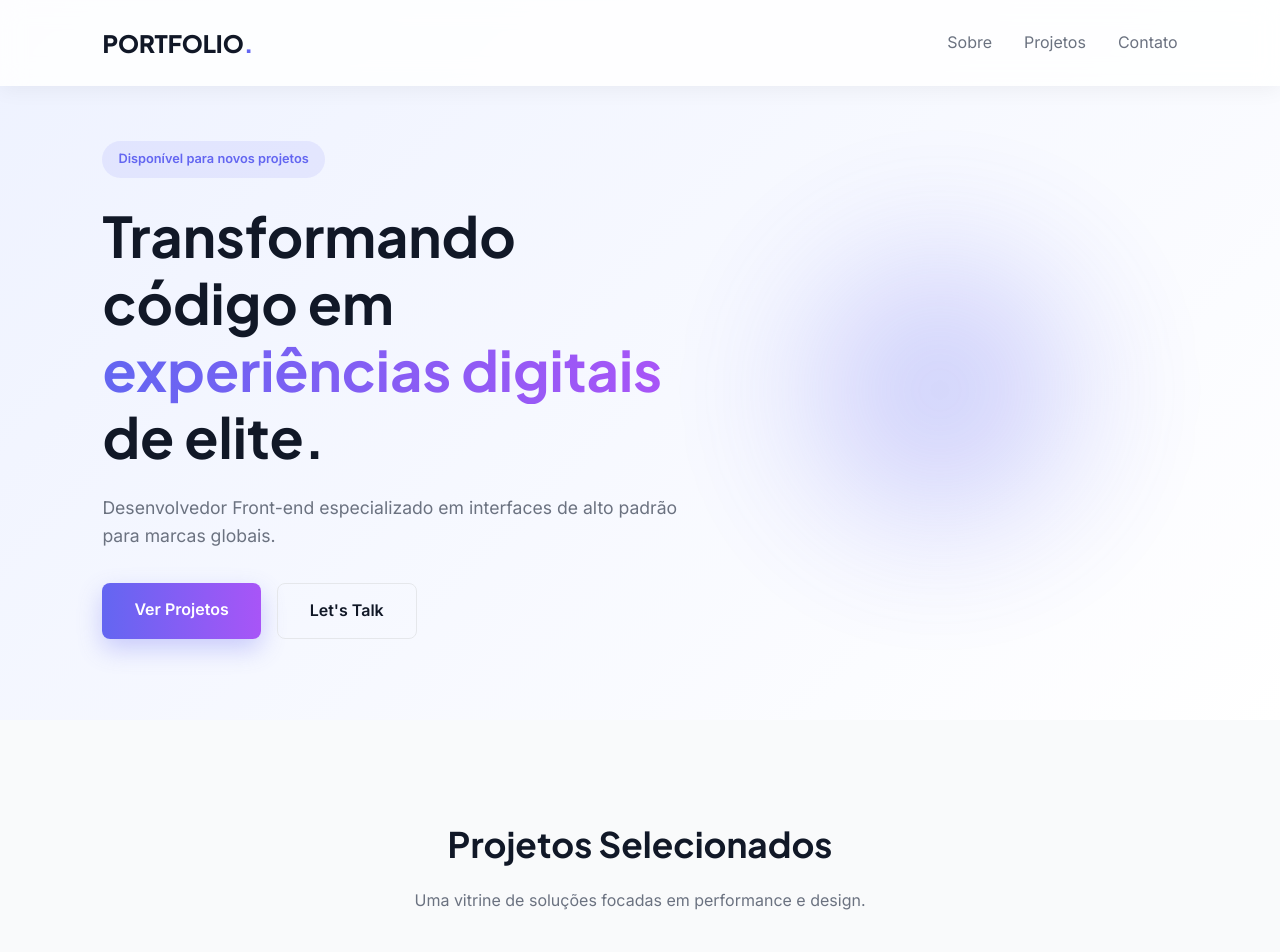
Repository: davidfsillva/David_Ferreira
Page: index.html
The author's editor kept a copy of each file at every save. The page is drawn from the files as they stood at one save, then again after the next save.
The browser window is 1280 px wide. The pictures show the part of the page from y = 0 to 952 px (the page is 2385 px tall).

Above is the page before, as saved 2026-02-11 10:46:13.

### index.html
<!DOCTYPE html>
<html lang="pt-BR">
<head>
    <meta charset="UTF-8">
    <meta name="viewport" content="width=device-width, initial-scale=1.0">

    <title>David Ferreira | Desenvolvedor Front-end & UI Designer Premium</title>

    <!-- SEO Primário -->
    <meta name="description" content="David Ferreira é desenvolvedor front-end especializado em interfaces premium, landing pages de alta conversão e experiências digitais modernas.">
    <meta name="keywords" content="Desenvolvedor Front-end, Web Designer, UI Designer, Landing Page, Desenvolvimento Web, Freelancer Brasil">
    <meta name="author" content="David Ferreira">
    <meta name="robots" content="index, follow">
    <link rel="canonical" href="https://seudominio.com/">

    <!-- Open Graph (Facebook, LinkedIn) -->
    <meta property="og:title" content="David Ferreira | Desenvolvedor Front-end Premium">
    <meta property="og:description" content="Interfaces digitais de alto padrão, focadas em performance e conversão.">
    <meta property="og:image" content="https://seudominio.com/preview.jpg">
    <meta property="og:url" content="https://seudominio.com/">
    <meta property="og:type" content="website">

    <!-- Twitter Card -->
    <meta name="twitter:card" content="summary_large_image">
    <meta name="twitter:title" content="David Ferreira | Web Developer">
    <meta name="twitter:description" content="Desenvolvimento web premium focado em performance e design moderno.">
    <meta name="twitter:image" content="https://seudominio.com/preview.jpg">

    <!-- Favicon -->
    <link rel="icon" href="favicon.ico" type="image/x-icon">

    <!-- Fonts -->
    <link href="https://fonts.googleapis.com/css2?family=Inter:wght@300;400;600&family=Plus+Jakarta+Sans:wght@700;800&display=swap" rel="stylesheet">

    <link rel="stylesheet" href="style.css">
</head>


<body>

    <!-- NAVBAR -->
    <nav class="navbar">
        <div class="logo">PORTFOLIO<span>.</span></div>
        <ul class="nav-links">
            <li><a href="#about">Sobre</a></li>
            <li><a href="#portfolio">Projetos</a></li>
            <li><a href="#contact" class="btn-sm">Contato</a></li>
        </ul>
    </nav>

    <!-- HERO -->
    <section class="hero">
        <div class="hero-content">
            <span class="badge">Disponível para novos projetos</span>

            <h1>
                Transformando código em
                <span>experiências digitais</span> de elite.
            </h1>

            <p>
                Desenvolvedor Front-end especializado em interfaces de alto padrão para marcas globais.
            </p>

            <div class="hero-btns">
                <a href="#portfolio" class="btn-primary">Ver Projetos</a>
                <a href="#contact" class="btn-secondary">Let's Talk</a>
            </div>
        </div>

        <!-- Visual direito -->
        <div class="hero-visual">
            <div class="hero-glow"></div>
        </div>
    </section>

    <!-- PORTFÓLIO -->
    <section id="portfolio" class="portfolio">
        <div class="section-header">
            <h2>Projetos Selecionados</h2>
            <p>Uma vitrine de soluções focadas em performance e design.</p>
        </div>

        <div class="portfolio-grid">

            <!-- Projeto 1 -->
            <a href="https://davidfsillva.github.io/Alex-Carter/" target="_blank" class="project-link">
                <div class="project-card">
                    <div class="card-image">
                        <img src="img/alex.png"
                            alt="Crypto Dashboard">
                        <div class="card-overlay">
                            <span>Ver Detalhes</span>
                        </div>
                    </div>
                    <div class="card-info">
                        <h3>Alex Carter | Professional Athlete Landing Page</h3>
                        <p>Developed a high-impact personal branding website for a professional athlete.</p>
                    </div>
                </div>
            </a>

            <!-- Projeto 2 -->
            <a href="https://davidfsillva.github.io/e-hammershark/" target="_blank" class="project-link">
                <div class="project-card">
                    <div class="card-image">
                        <img src="img/ecomerce.png"
                            alt="Crypto Dashboard">
                        <div class="card-overlay">
                            <span>Ver Detalhes</span>
                        </div>
                    </div>
                    <div class="card-info">
                        <h3>Hammershark | Fitness Apparel E-commerce</h3>
                        <p>Strategic e-commerce website combining branding, product presentation and seamless shopping experience.</p>
                    </div>
                </div>
            </a>

            <!-- Projeto 3 -->
            <a href="https://davidfsillva.github.io/landing-page/" target="_blank" class="project-link">
                <div class="project-card">
                    <div class="card-image">
                        <img src="img/landingpage.png"
                            alt="Crypto Dashboard">
                        <div class="card-overlay">
                            <span>Ver Detalhes</span>
                        </div>
                    </div>
                    <div class="card-info">
                        <h3>Lucas Andrade — Lead Generation Landing Page</h3>
                        <p>Strategic personal trainer website built to attract and convert local clients.</p>
                    </div>
                </div>
            </a>

            <!-- Projeto 4 -->
            <a href="https://davidfsillva.github.io/beatriz-almeida-adv/" target="_blank" class="project-link">
                <div class="project-card">
                    <div class="card-image">
                        <img src="img/adv.png"
                            alt="Crypto Dashboard">
                        <div class="card-overlay">
                            <span>Ver Detalhes</span>
                        </div>
                    </div>
                    <div class="card-info">
                        <h3>Beatriz Almeida Advogados — Institutional Website</h3>
                        <p>Institutional website designed to convey authority, trust and strategic positioning.</p>
                    </div>
                </div>
            </a>


        </div>
    </section>

    <!-- MODAL -->
    <div class="modal-overlay" id="modalOverlay">
        <div class="modal-content">
            <button class="close-modal">&times;</button>

            <div class="modal-body">
                <div class="modal-img" id="modalImg"></div>

                <div class="modal-text">
                    <h2 id="modalTitle">Nome do Projeto</h2>
                    <p id="modalDesc">Descrição detalhada aqui...</p>

                    <div class="tech-tags" id="modalTech"></div>

                    <div class="modal-actions">
                        <a href="#" class="btn-primary">Visitar Website</a>
                        <a href="https://wa.me/5599999999999" target="_blank" class="btn-secondary">
                            Solicitar Similar
                        </a>
                    </div>
                </div>
            </div>
        </div>
    </div>

    <!-- CTA -->
    <section id="contact" class="cta-section">
        <h2>Pronto para elevar seu nível digital?</h2>
        <p>Estou pronto para transformar sua ideia em uma interface de classe mundial.</p>

        <a href="https://wa.me/5599999999999" target="_blank" class="btn-whatsapp">
            Iniciar Conversa no WhatsApp
        </a>
    </section>

    <!-- FOOTER -->
    <footer>
        <div class="footer-content">
            <p>&copy; 2026 Developer Premium. Todos os direitos reservados.</p>

            <div class="social-links">
                <a href="#" target="_blank">Instagram</a>
                <a href="#" target="_blank">LinkedIn</a>
                <a href="#" target="_blank">GitHub</a>
            </div>
        </div>
    </footer>

    <!-- JS -->
    <script src="scripts.js"></script>

</body>
</html>

### style.css
:root {
  --primary: #6366f1;
  --primary-light: #818cf8;
  --accent: #a855f7;
  --text-dark: #111827;
  --text-light: #6b7280;
  --bg-light: #f9fafb;
  --white: #ffffff;
  --transition: all 0.3s ease;
}

/* RESET */
* {
  margin: 0;
  padding: 0;
  box-sizing: border-box;
}

html {
  scroll-behavior: smooth;
}

body {
  font-family: 'Inter', sans-serif;
  background: var(--bg-light);
  color: var(--text-dark);
  line-height: 1.6;
  animation: fadePage 0.8s ease-in-out;
}

@keyframes fadePage {
  from { opacity: 0; transform: translateY(10px); }
  to { opacity: 1; transform: translateY(0); }
}

/* NAVBAR */
.navbar {
  position: fixed;
  width: 100%;
  top: 0;
  padding: 1.5rem 8%;
  display: flex;
  justify-content: space-between;
  align-items: center;
  background: rgba(255,255,255,0.85);
  backdrop-filter: blur(12px);
  box-shadow: 0 4px 20px rgba(0,0,0,0.05);
  z-index: 1000;
  transition: var(--transition);
}

.logo {
  font-family: 'Plus Jakarta Sans', sans-serif;
  font-weight: 800;
  font-size: 1.5rem;
}

.logo span {
  color: var(--primary);
}

.nav-links {
  display: flex;
  list-style: none;
  gap: 2rem;
}

.nav-links a {
  text-decoration: none;
  color: var(--text-light);
  font-weight: 500;
  transition: var(--transition);
}

.nav-links a:hover {
  color: var(--primary);
  transform: translateY(-2px);
}

/* HERO */
.hero {
  min-height: 100vh;
  padding: 120px 8% 60px;
  display: flex;
  align-items: center;
  justify-content: space-between;
  background: linear-gradient(135deg, #eef2ff, #ffffff);
  flex-wrap: wrap;
}

.hero-content {
  max-width: 600px;
  animation: heroFade 1s ease 0.2s both;
}

@keyframes heroFade {
  from { opacity: 0; transform: translateY(40px); }
  to { opacity: 1; transform: translateY(0); }
}

.badge {
  display: inline-block;
  padding: 0.5rem 1rem;
  background: rgba(99,102,241,0.1);
  color: var(--primary);
  border-radius: 20px;
  font-size: 0.8rem;
  font-weight: 600;
  margin-bottom: 1.5rem;
}

.hero h1 {
  font-family: 'Plus Jakarta Sans', sans-serif;
  font-size: clamp(2rem, 5vw, 3.5rem);
  line-height: 1.2;
  margin-bottom: 1.5rem;
}

.hero h1 span {
  background: linear-gradient(90deg, var(--primary), var(--accent));
  -webkit-background-clip: text;
  -webkit-text-fill-color: transparent;
}

.hero p {
  font-size: 1.1rem;
  color: var(--text-light);
  margin-bottom: 2rem;
}

/* BUTTONS */
.btn-primary,
.btn-secondary,
.btn-whatsapp {
  display: inline-block;
  padding: 0.9rem 2rem;
  border-radius: 8px;
  text-decoration: none;
  font-weight: 600;
  transition: all 0.3s ease;
  position: relative;
  overflow: hidden;
}

.btn-primary {
  background: linear-gradient(90deg, var(--primary), var(--accent));
  color: white;
  box-shadow: 0 10px 25px rgba(99,102,241,0.3);
}

.btn-primary:hover {
  transform: translateY(-4px) scale(1.03);
}

.btn-primary:active {
  transform: scale(0.96);
}

.btn-primary::after {
  content: "";
  position: absolute;
  width: 200%;
  height: 200%;
  background: radial-gradient(circle, rgba(255,255,255,0.4), transparent 60%);
  top: -50%;
  left: -50%;
  opacity: 0;
  transition: opacity 0.4s ease;
}

.btn-primary:hover::after {
  opacity: 1;
}

.btn-secondary {
  border: 1px solid #e5e7eb;
  color: var(--text-dark);
  margin-left: 1rem;
}

.btn-secondary:hover {
  background: #f3f4f6;
  transform: translateY(-4px);
}

.btn-secondary:active {
  transform: scale(0.96);
}

.btn-whatsapp {
  background: #25d366;
  color: white;
}

.btn-whatsapp:hover {
  transform: translateY(-4px) scale(1.03);
}

.btn-whatsapp:active {
  transform: scale(0.96);
}

.hero-btns {
  display: flex;
  flex-wrap: wrap;
}

/* HERO VISUAL */
.hero-visual {
  flex: 1;
  min-height: 400px;
  display: flex;
  justify-content: center;
  align-items: center;
}

.hero-glow {
  width: 350px;
  height: 350px;
  background: radial-gradient(circle, rgba(99,102,241,0.4), transparent 70%);
  border-radius: 50%;
  filter: blur(60px);
  animation: pulseGlow 4s infinite ease-in-out;
}

@keyframes pulseGlow {
  0% { transform: scale(1); opacity: 0.7; }
  50% { transform: scale(1.1); opacity: 1; }
  100% { transform: scale(1); opacity: 0.7; }
}

/* PORTFOLIO */
.portfolio {
  padding: 6rem 8%;
}

.section-header {
  text-align: center;
  margin-bottom: 4rem;
}

.section-header h2 {
  font-family: 'Plus Jakarta Sans', sans-serif;
  font-size: 2.2rem;
  margin-bottom: 1rem;
}

.section-header p {
  color: var(--text-light);
}

.portfolio-grid {
  display: grid;
  grid-template-columns: repeat(auto-fit, minmax(280px, 1fr));
  gap: 2rem;
}

.project-card {
  background: var(--white);
  border-radius: 16px;
  overflow: hidden;
  box-shadow: 0 10px 30px rgba(0,0,0,0.06);
  cursor: pointer;
  transition: transform 0.4s ease, box-shadow 0.4s ease;
  will-change: transform;
}

.project-card:hover {
  transform: translateY(-12px) scale(1.03);
  box-shadow: 0 25px 50px rgba(99,102,241,0.2);
}

.card-image {
  position: relative;
  overflow: hidden;
}

.card-image img {
  width: 100%;
  height: 220px;
  object-fit: cover;
  display: block;
  transition: transform 0.6s ease;
}

.project-card:hover .card-image img {
  transform: scale(1.08);
}

.card-overlay {
  position: absolute;
  inset: 0;
  background: rgba(99,102,241,0.8);
  display: flex;
  justify-content: center;
  align-items: center;
  color: white;
  font-weight: 600;
  opacity: 0;
  transition: opacity 0.4s ease;
}

.project-card:hover .card-overlay {
  opacity: 1;
}

.card-info {
  padding: 1.5rem;
}

.card-info h3 {
  margin-bottom: 0.5rem;
}

.card-info p {
  color: var(--text-light);
}

.project-link {
  text-decoration: none;
  color: inherit;
  display: block;
}


/* CTA */
.cta-section {
  padding: 5rem 8%;
  text-align: center;
  background: linear-gradient(135deg, #eef2ff, #ffffff);
}

/* FOOTER */
footer {
  padding: 2rem 8%;
  background: var(--white);
  border-top: 1px solid #e5e7eb;
}

.footer-content {
  display: flex;
  justify-content: space-between;
  flex-wrap: wrap;
  gap: 1rem;
}

.social-links a {
  text-decoration: none;
  margin-left: 1rem;
  color: var(--text-light);
  transition: var(--transition);
}

.social-links a:hover {
  color: var(--primary);
  transform: translateY(-2px);
}

.cta-section p {
  color: var(--text-light);
  margin-bottom: 2.5rem; /* aumenta espaço abaixo do texto */
}

.btn-whatsapp {
  display: inline-block;
  background: #25d366;
  color: white;
  padding: 1rem 2rem;
  border-radius: 8px;
  text-decoration: none;
  font-weight: 600;
  transition: var(--transition);
  margin-top: 0.5rem; /* pequeno respiro extra */
}


/* MODAL */
.modal-overlay {
  position: fixed;
  inset: 0;
  background: rgba(0,0,0,0.6);
  display: none;
  justify-content: center;
  align-items: center;
  padding: 2rem;
  z-index: 2000;
}

.modal-content {
  background: white;
  width: 100%;
  max-width: 900px;
  border-radius: 20px;
  overflow: hidden;
  animation: modalZoom 0.4s cubic-bezier(.23,1,.32,1);
  position: relative;
}

@keyframes modalZoom {
  from { opacity: 0; transform: scale(0.85) translateY(20px); }
  to { opacity: 1; transform: scale(1) translateY(0); }
}

.modal-body {
  display: grid;
  grid-template-columns: 1fr 1fr;
}

.modal-img {
  min-height: 300px;
  background-size: cover !important;
}

.modal-text {
  padding: 2rem;
}

.close-modal {
  position: absolute;
  top: 20px;
  right: 25px;
  background: none;
  border: none;
  font-size: 2rem;
  cursor: pointer;
  transition: transform 0.3s ease;
}

.close-modal:hover {
  transform: rotate(90deg);
}

/* RESPONSIVO */
@media (max-width: 900px) {
  .hero {
    flex-direction: column;
    text-align: center;
  }

  .hero-visual {
    margin-top: 3rem;
  }

  .modal-body {
    grid-template-columns: 1fr;
  }
}

@media (max-width: 600px) {
  .navbar {
    padding: 1rem 5%;
  }

  .nav-links {
    display: none;
  }

  .hero {
    padding: 100px 5% 60px;
  }

  .portfolio {
    padding: 4rem 5%;
  }

  .cta-section {
    padding: 4rem 5%;
  }

  footer {
    padding: 2rem 5%;
  }

  .footer-content {
    flex-direction: column;
    text-align: center;
  }

  .social-links a {
    margin: 0 0.5rem;
  }
}

### scripts.js
// =============================
// NAVBAR SCROLL EFFECT
// =============================
const navbar = document.querySelector(".navbar");

window.addEventListener("scroll", () => {
  if (window.scrollY > 50) {
    navbar.style.padding = "1rem 8%";
    navbar.style.boxShadow = "0 8px 25px rgba(0,0,0,0.08)";
  } else {
    navbar.style.padding = "1.5rem 8%";
    navbar.style.boxShadow = "0 4px 20px rgba(0,0,0,0.05)";
  }
});

// =============================
// MODAL FUNCTIONALITY
// =============================
const modal = document.querySelector(".modal-overlay");
const modalImg = document.querySelector(".modal-img");
const modalTitle = document.querySelector(".modal-text h3");
const modalDesc = document.querySelector(".modal-text p");
const closeModal = document.querySelector(".close-modal");

const projectCards = document.querySelectorAll(".project-card");

projectCards.forEach(card => {
  card.addEventListener("click", () => {
    const title = card.querySelector("h3").innerText;
    const desc = card.querySelector("p").innerText;
    const img = card.querySelector("img").src;

    modalTitle.innerText = title;
    modalDesc.innerText = desc;
    modalImg.style.backgroundImage = `url(${img})`;

    modal.style.display = "flex";
    document.body.style.overflow = "hidden";
  });
});

// Fechar modal
closeModal.addEventListener("click", () => {
  modal.style.display = "none";
  document.body.style.overflow = "auto";
});

// Fechar clicando fora
modal.addEventListener("click", (e) => {
  if (e.target === modal) {
    modal.style.display = "none";
    document.body.style.overflow = "auto";
  }
});

// Fechar com ESC
document.addEventListener("keydown", (e) => {
  if (e.key === "Escape") {
    modal.style.display = "none";
    document.body.style.overflow = "auto";
  }
});

// =============================
// SCROLL REVEAL ANIMATION
// =============================
const revealElements = document.querySelectorAll(
  ".hero-content, .project-card, .section-header, .cta-section"
);

const observer = new IntersectionObserver(
  (entries) => {
    entries.forEach(entry => {
      if (entry.isIntersecting) {
        entry.target.style.opacity = "1";
        entry.target.style.transform = "translateY(0)";
      }
    });
  },
  { threshold: 0.2 }
);

revealElements.forEach(el => {
  el.style.opacity = "0";
  el.style.transform = "translateY(40px)";
  el.style.transition = "all 0.8s ease";
  observer.observe(el);
});

// =============================
// BUTTON MICRO INTERACTION
// =============================
const buttons = document.querySelectorAll(".btn-primary, .btn-secondary, .btn-whatsapp");

buttons.forEach(btn => {
  btn.addEventListener("mouseenter", () => {
    btn.style.transform = "scale(1.05)";
  });

  btn.addEventListener("mouseleave", () => {
    btn.style.transform = "scale(1)";
  });
});

After the next save:
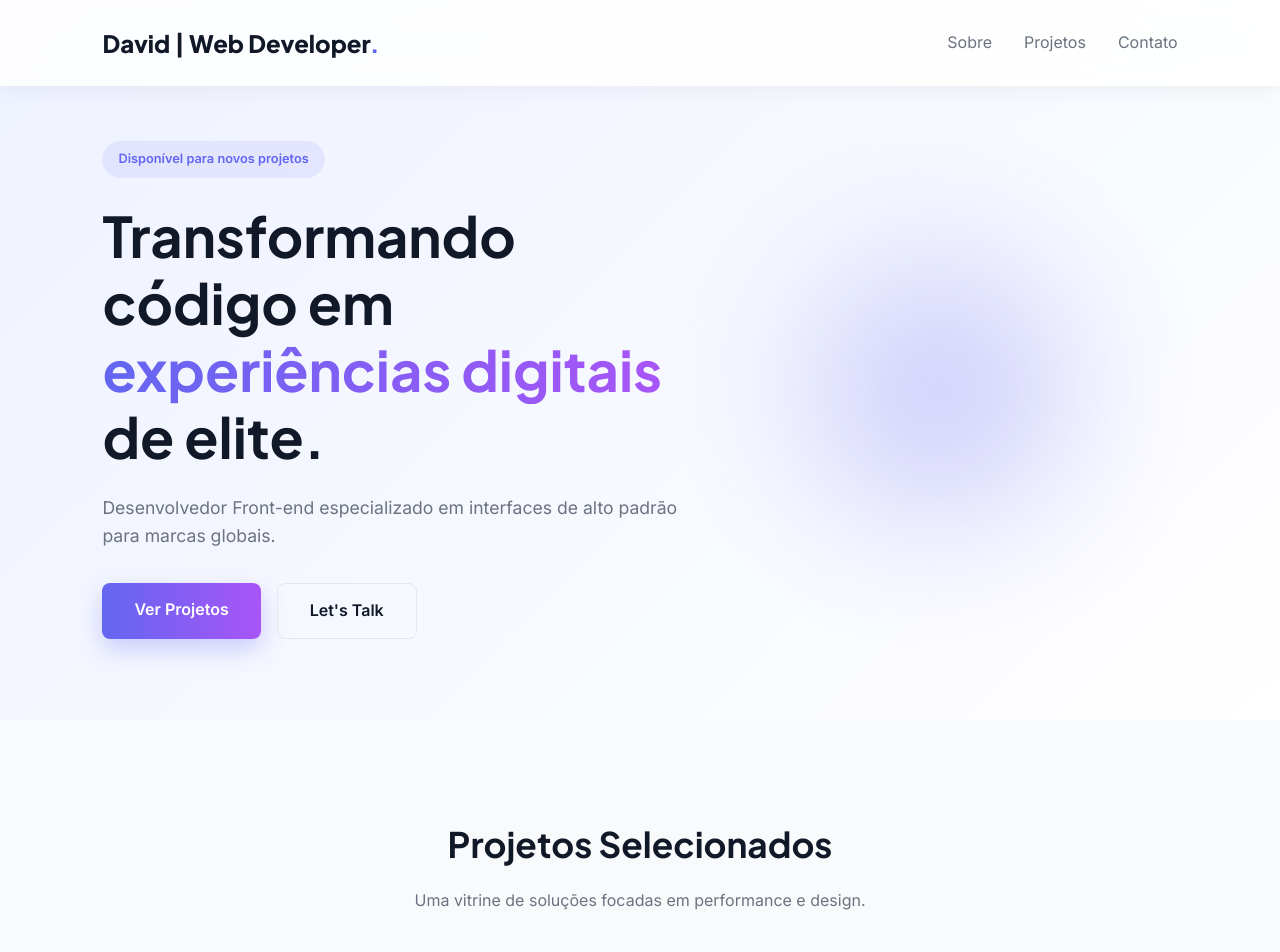
Saved 2 min 23 s later.
--- a/index.html
+++ b/index.html
@@ -40,7 +40,7 @@
 
     <!-- NAVBAR -->
     <nav class="navbar">
-        <div class="logo">PORTFOLIO<span>.</span></div>
+        <div class="logo">David | Web Developer<span>.</span></div>
         <ul class="nav-links">
             <li><a href="#about">Sobre</a></li>
             <li><a href="#portfolio">Projetos</a></li>
